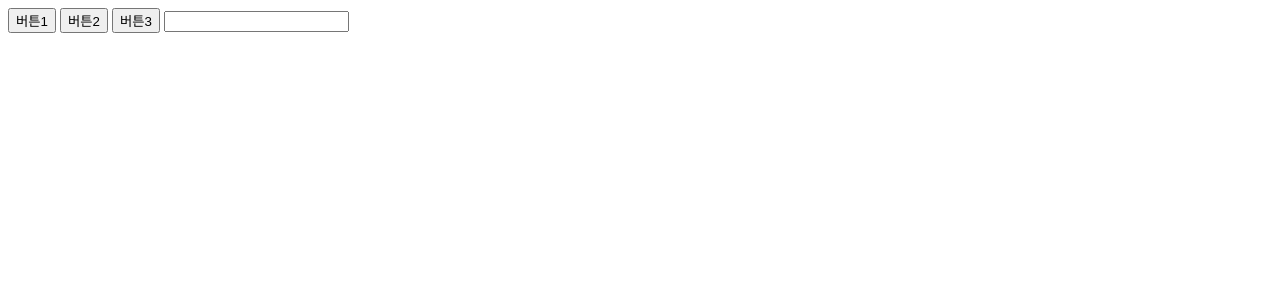
Repository: hololog/workspace_jsp1
Page: JspStudy/src/main/webapp/js1/test6.html
The author's editor kept a copy of each file at every save. The page is drawn from the files as they stood at one save, then again after the next save.
The browser window is 1280 px wide. The pictures show the whole page.

Above is the page before, as saved 2021-12-02 08:30:54.

### JspStudy/src/main/webapp/js1/test6.html
<!DOCTYPE html>
<html>
<head>
<meta charset="UTF-8">
<title>js1/test6.html</title>
<script type="text/javascript">
	function f1() {
		alert('메시지1');
		alert('메시지2');
		alert('메시지3');
		alert('메시지4');
		alert('메시지5');
	}
	function f2() {
		alert("버튼2 더블클릭!")
	}
	function f3() {
		alert("버튼3 마우스오버")
	}
	function f4() {
		alert("텍스트상자 활성화")
	}
</script>
</head>
<body>
	<input type="button" value="버튼1" onclick="f1()">
	<input type="button" value="버튼2" ondblclick="f2()">
	<input type="button" value="버튼3" onmouseover="f3()">
	<input type="text" name="txt1" onfocus="f4()">
</body>
</html>

After the next save:
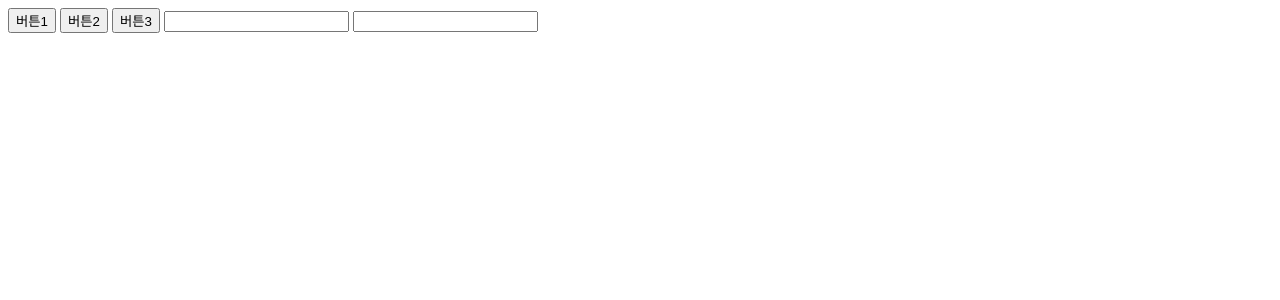
Saved 86 s later.
--- a/JspStudy/src/main/webapp/js1/test6.html
+++ b/JspStudy/src/main/webapp/js1/test6.html
@@ -20,6 +20,9 @@
 	function f4() {
 		alert("텍스트상자 활성화")
 	}
+	function f5() {
+		alert("텍스트상자 비활성화")
+	}
 </script>
 </head>
 <body>
@@ -27,5 +30,6 @@
 	<input type="button" value="버튼2" ondblclick="f2()">
 	<input type="button" value="버튼3" onmouseover="f3()">
 	<input type="text" name="txt1" onfocus="f4()">
+	<input type="text" name="txt2" onfocus="f5()">
 </body>
 </html>
